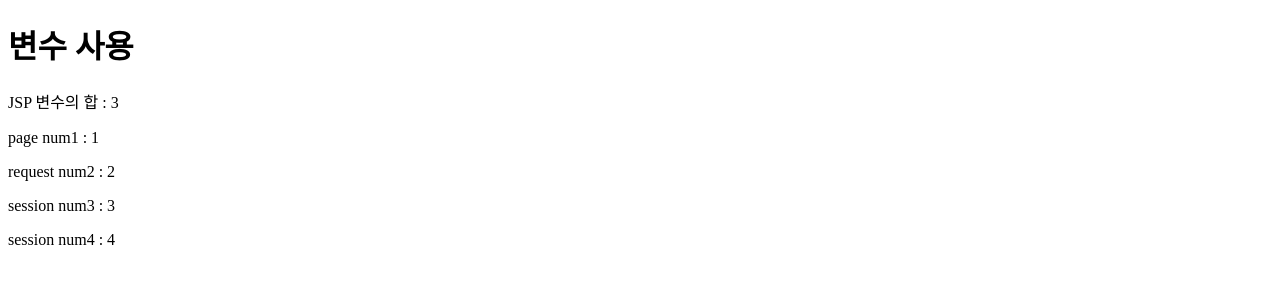
Repository: dnwpdud/WEB_CODES
Page: http://localhost/Web07_EL_JSTL/01_Expression_Language/01_basic.jsp
An editor plug-in stored every save of this project. The page is shown before and after the next save, followed by the edit.
The browser window is 1280 px wide. The pictures show the whole page.
The page is served by Tomcat 9. Other server files are loaded and not shown.

Above is the page before, as saved 2024-04-05 06:51:02.

### Web07_EL_JSTL/src/main/webapp/01_Expression_Language/01_basic.jsp
<%@ page language="java" contentType="text/html; charset=UTF-8"
    pageEncoding="UTF-8"%>
<!DOCTYPE html>
<html>
<head>
<meta charset="UTF-8">
<title>EL 기초</title>
</head>
<body>
	<%--
		EL(Expression Language)
		- page, request, session, application 관련 데이터 출력 코드를
			간략하게 사용할 수 있는 표기법
		- 자바빈 컴퍼너트를 쉽게 접근하게 도와줌]
		- 집합 객체(list, String[])에 대한 접근 방법을 제공
		- 수치 연산, 관계 연산, 논리 연산자 제공
		- 표현 언어만의 기본 객체 제공(범위 객체)

		EL 기본 객체
		- pageContext : JSP의 page 기본 객체와 동일
		- pageScope : page 기본 객체에 저장된 속성의 <속성, 값>
			매핑을 저장한 Map 객체 map은 키 벨류방식이다.
		- requestScope : request 기본 객체에 저장된 속성의 <속성, 값>
			매핑을 저장한 Map 객체
		- sessionScope : session 기본 객체에 저장된 속성의 <속성, 값>
			매핑을 저장한 Map 객체
		- applicationScope : application 기본 객체에 저장된 <속성, 값>
			매핑을 저장한 Map 객체
		- param : 요청 파라미터의 <파라미터이름, 값> 매핑을 저장한 Map 객체,
			타입은 String (request.getParameter("파라미터이름")과 동일)
		- paramValues : 요청 파라미터의 <파라미터이름, 값> 매핑을 저장한 Map 객체,
			타입은 String[] (request.getParameterValues("파라미터이름")과 동일)
		- cookie : <쿠키이름, 쿠키값> 매핑을 저장한 Map 객체
			(request.getCookies() 와 동일)
		- initParam : 초기화된 파라미터의 <파라미터이름, 값> 매핑을 저장한 Map 객체
			(application.getInitParameter("파라미터이름")과 동일)
	 --%>
	 <%
	 	pageContext.setAttribute("num1", 1);
	 	request.setAttribute("num2", 2);
	 	session.setAttribute("num3", 3);
	 	application.setAttribute("num4", 4);

	 	// 기존 방식으로 값 출력
	 	int number1 = (Integer) pageContext.getAttribute("num1");
	 	int number2 = (Integer) request.getAttribute("num2");
	 %>

	 <h1>변수 사용</h1>
	 <p>JSP 변수의 합 : <%=number1 + number2 %></p>
	 <p>page num1 : ${num1 }</p><%-- pageContext.getAttribute("num1") --%>
	 <p>request num2 : ${num2 }</p><%-- request.getAttribute("num2") --%>
	 <p>session num3 :  ${num3 }</p><%-- session.getAttribute("num3") --%>
	 <p>session num4 : ${num4 }</p><%-- application.getAttribute("num4") --%>

</body>
</html>

After the next save:
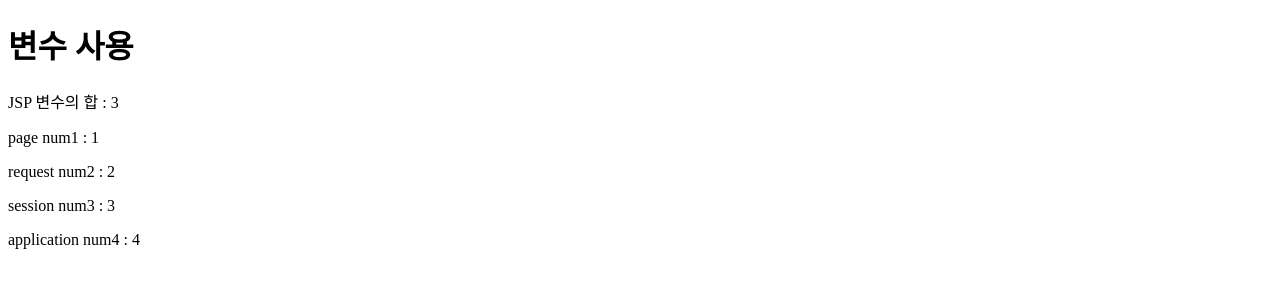
Saved 11 min 41 s later.
--- a/Web07_EL_JSTL/src/main/webapp/01_Expression_Language/01_basic.jsp
+++ b/Web07_EL_JSTL/src/main/webapp/01_Expression_Language/01_basic.jsp
@@ -51,7 +51,7 @@
 	 <p>page num1 : ${num1 }</p><%-- pageContext.getAttribute("num1") --%>
 	 <p>request num2 : ${num2 }</p><%-- request.getAttribute("num2") --%>
 	 <p>session num3 :  ${num3 }</p><%-- session.getAttribute("num3") --%>
-	 <p>session num4 : ${num4 }</p><%-- application.getAttribute("num4") --%>
+	 <p>application num4 : ${num4 }</p><%-- application.getAttribute("num4") --%>
 
 </body>
 </html>
